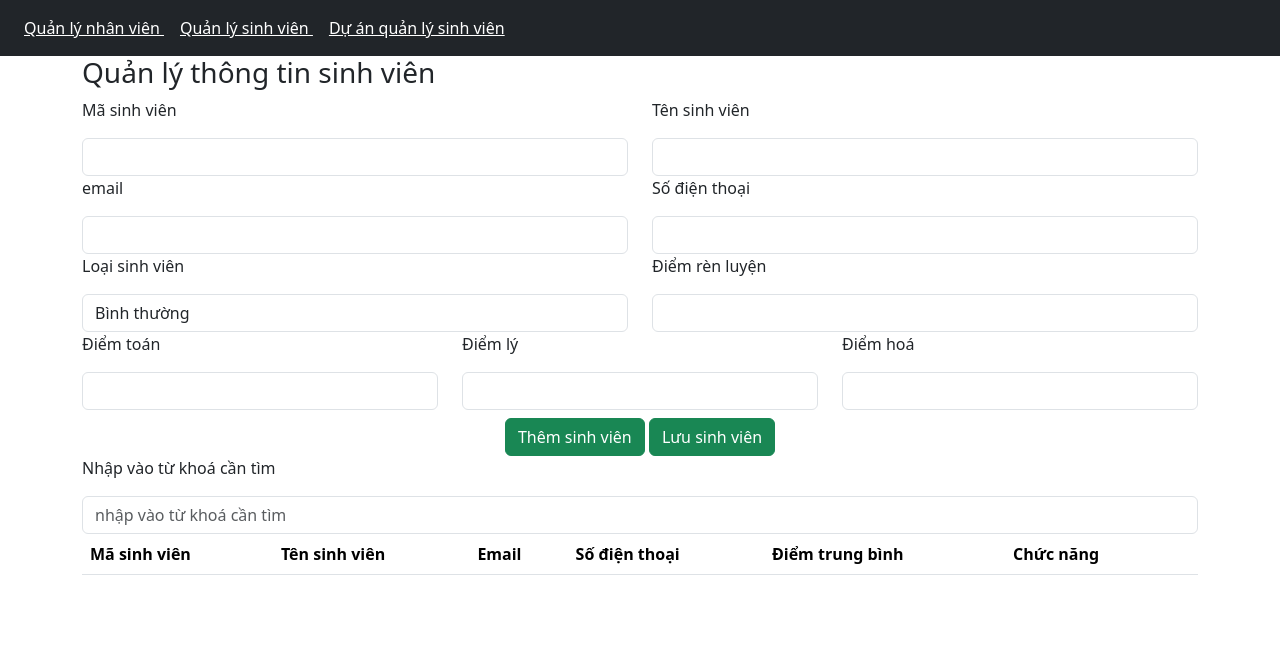
Repository: KhoiNguyen77/JS-Buoi-9--10
Page: duan_qlsv.html
An editor plug-in stored every save of this project. The page is shown before and after the next save, followed by the edit.
The browser window is 1280 px wide. The pictures show the whole page.

Above is the page before, as saved 2023-03-28 10:03:47.

After the next save:
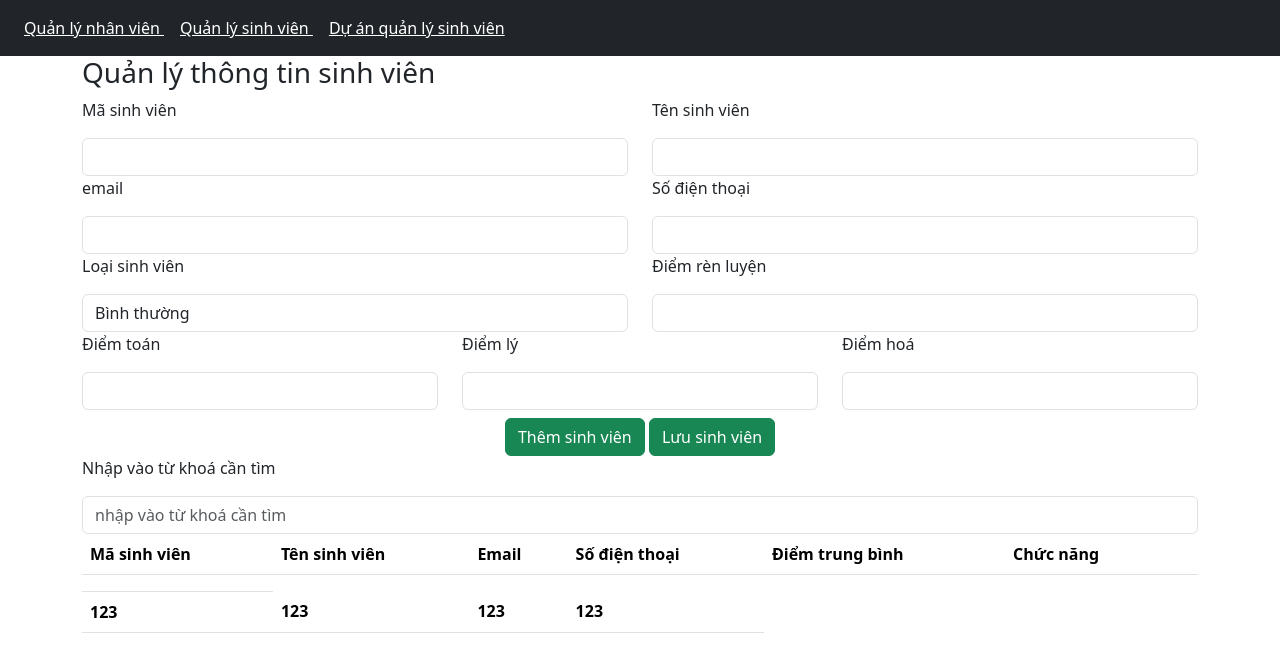
Saved 2 min 0 s later.
--- a/duan_qlsv.html
+++ b/duan_qlsv.html
@@ -88,7 +88,14 @@
                 </tr>
             </thead>
             <tbody id="tblSinhVien">
-
+            <td>
+                <tr>
+                    <th>123</th>
+                    <th>123</th>
+                    <th>123</th>
+                    <th>123</th>
+                </tr>
+            </td>
             </tbody>
         </table>
     </div>
